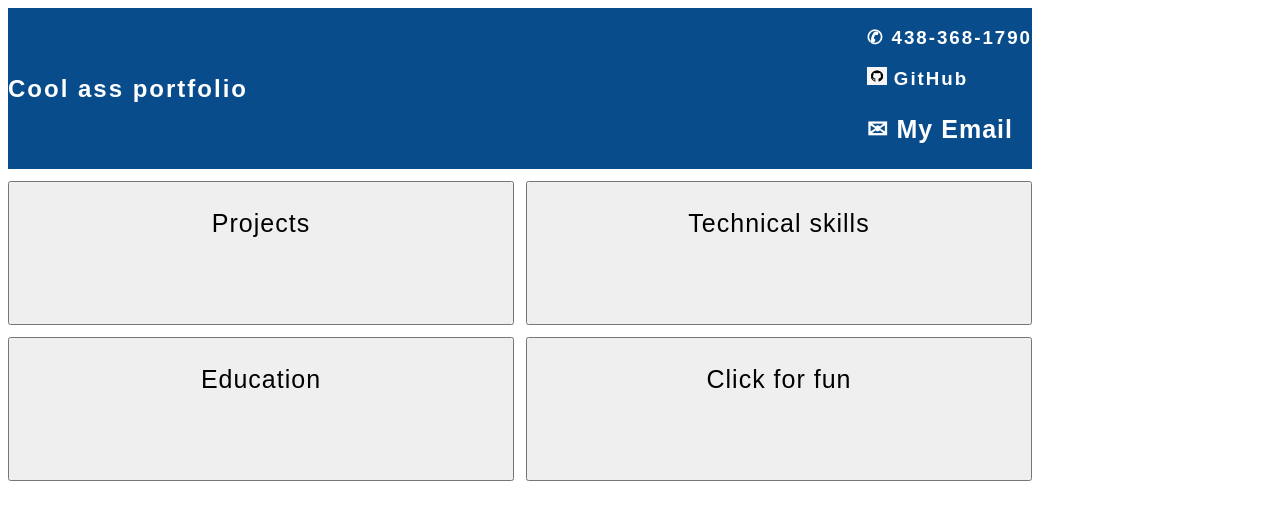
Repository: zackaroo20/zackaroo20
Page: index.html
The author's editor kept a copy of each file at every save. The page is drawn from the files as they stood at one save, then again after the next save.
The browser window is 1280 px wide. The pictures show the whole page.

Above is the page before, as saved 2026-05-13 10:57:28.

After the next save:
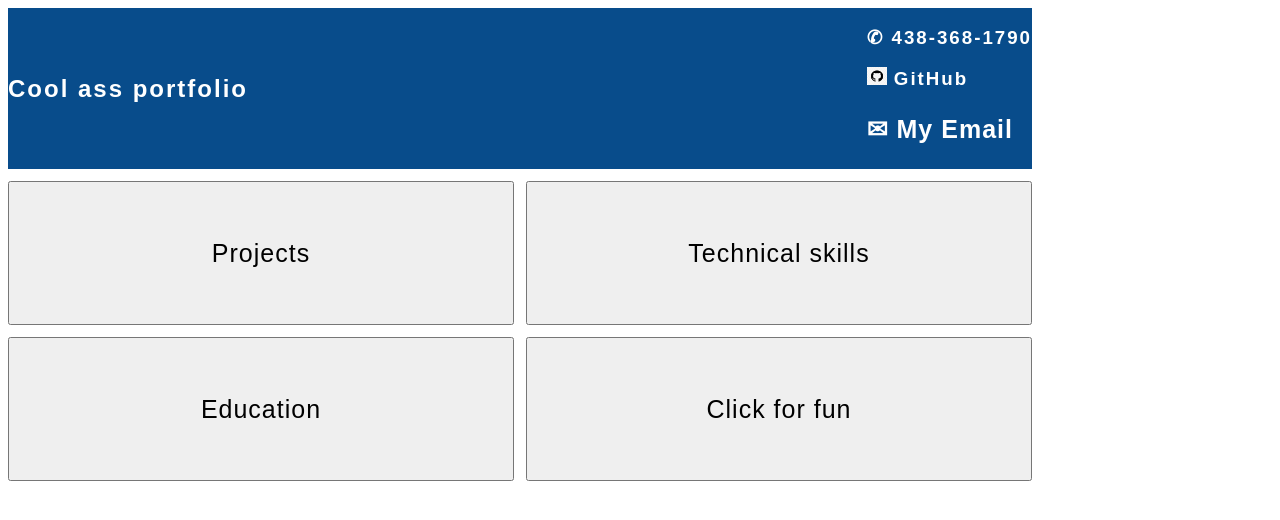
Saved 4 min 32 s later.
--- a/styles/index.css
+++ b/styles/index.css
@@ -54,8 +54,7 @@ h3 a {
 }
 button {
 
-    display: flex;
-    justify-content: space-evenly;
+
   height: 20vh;
   width: 100%;
 }
